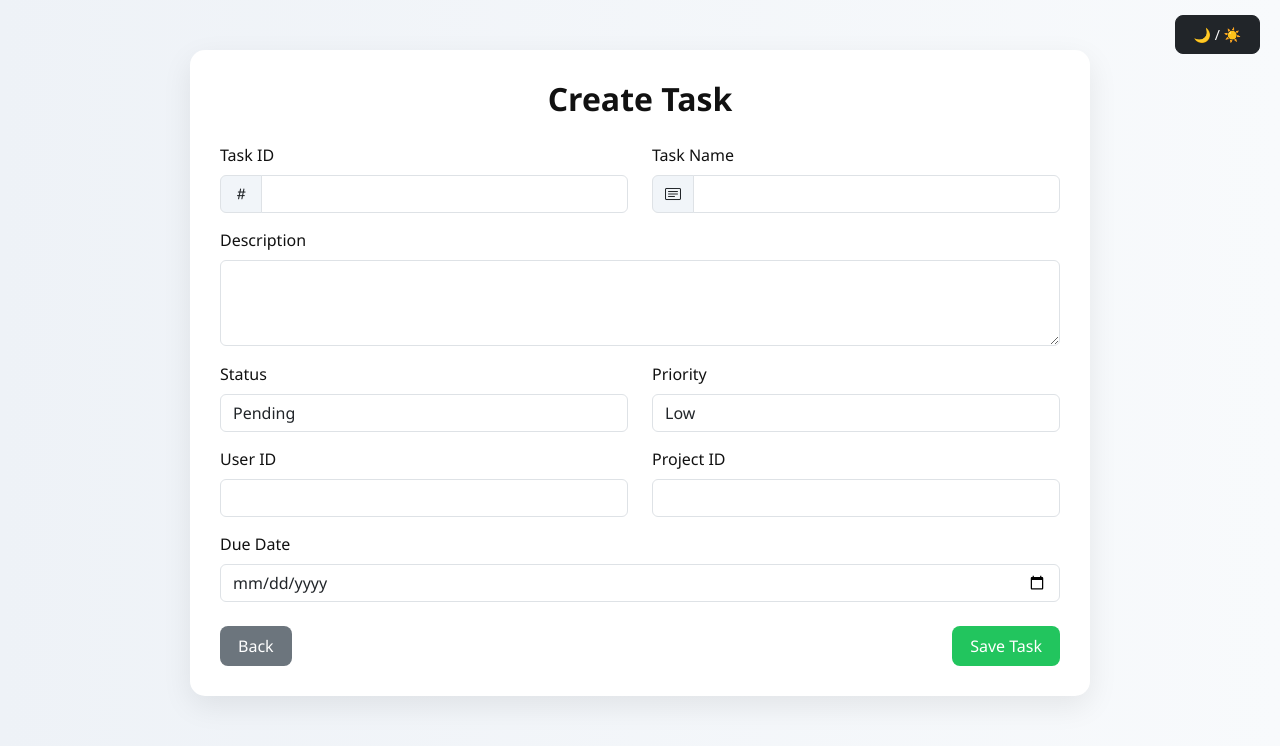
Repository: Rohan-911/task-management
Page: http://localhost/taskservice/create-task
The author's editor kept a copy of each file at every save. The page is drawn from the files as they stood at one save, then again after the next save.
The browser window is 1280 px wide. The pictures show the whole page.
The page is this project's Thymeleaf template; nobody is signed in. The template is opened directly, without the code that normally fills it, so the values that code supplies are empty.

Above is the page before, as saved 2026-04-19 12:27:49.

After the next save:
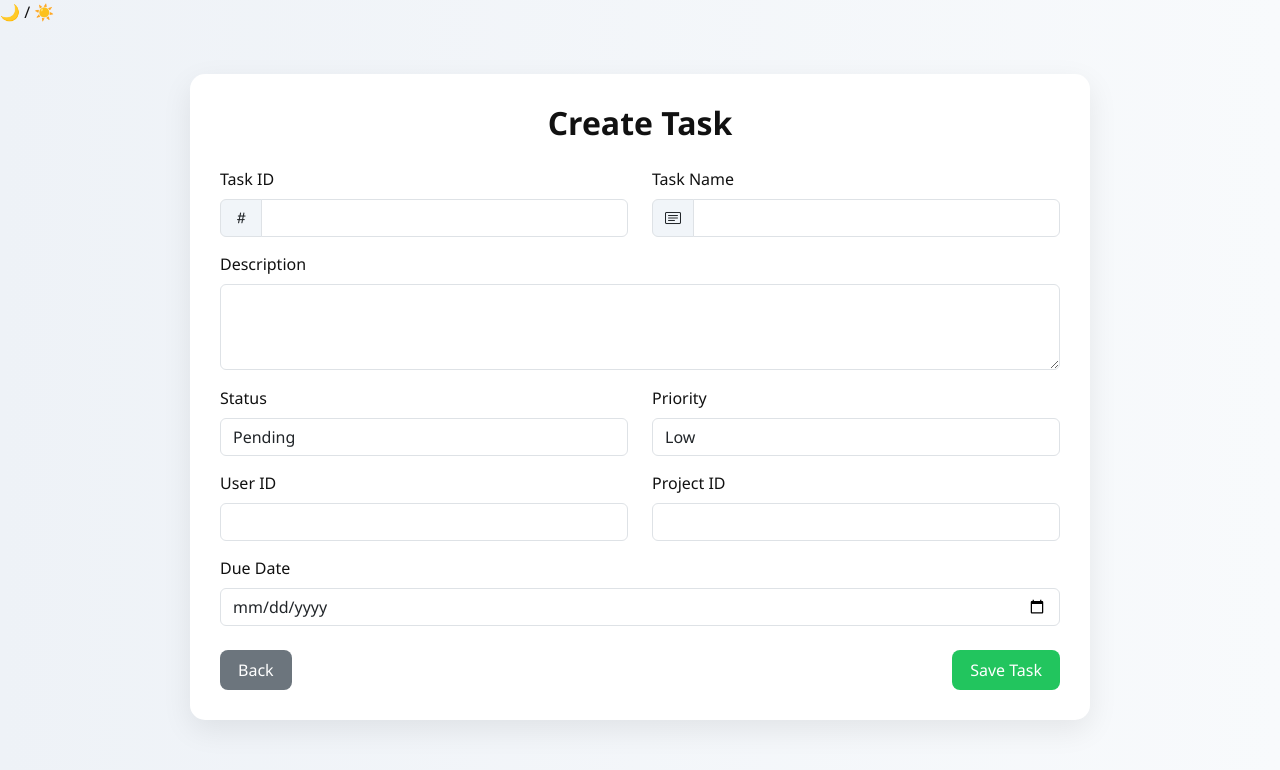
Saved 42 s later.
--- a/frontend/src/main/resources/templates/taskservice/create-task.html
+++ b/frontend/src/main/resources/templates/taskservice/create-task.html
@@ -108,11 +108,11 @@
 </head>
 
 <body>
-	<div style="position:fixed; top:15px; right:20px; z-index:999;">
-	    <button onclick="toggleTheme()" class="btn btn-sm btn-dark">
-	        🌙 / ☀️
-	    </button>
-	</div>
+	<input type="checkbox" id="themeToggle" hidden>
+
+	<label for="themeToggle" class="theme-btn">
+	    🌙 / ☀️
+	</label>
 
 <div class="form-container">
 
